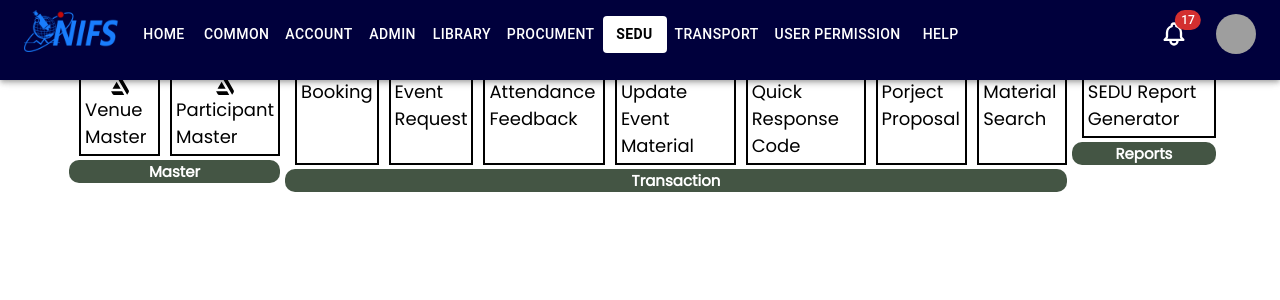
Repository: virangaj/NIFS-WebApp
Page: /sedu (app in client/)
The author's editor kept a copy of each file at every save. The page is drawn from the files as they stood at one save, then again after the next save.
The browser window is 1280 px wide. The pictures show the whole page.
Pictures or frames that could not be fetched are drawn as grey boxes. The project was rebuilt for these pictures with package versions that can differ from the ones it lists, and the page was loaded fresh each time. Also part of the build but not shown: client/src/pages/Login.tsx, client/src/pages/Home.tsx, client/src/components/Transport/shared/TransportNavbar.js, client/src/pages/TransportMainPage.tsx, client/src/pages/CommonMainPage.tsx, client/src/pages/AccountMainPage.tsx, client/src/pages/AdminMainPage.tsx, client/src/pages/LibraryMainPage.js and 4 more.

Above is the page before, as saved 2022-07-27 00:51:32.

### client/public/index.html
<!DOCTYPE html>
<html lang="en">
	<head>
		<meta charset="utf-8" />
		<link rel="icon" href="nifs_logo.png" />
		<meta name="viewport" content="width=device-width, initial-scale=1" />
		<meta name="theme-color" content="#000000" />
		<meta
			name="description"
			content="Web site created using create-react-app"
		/>
		<link rel="apple-touch-icon" href="%PUBLIC_URL%/logo192.png" />
		<!--
      manifest.json provides metadata used when your web app is installed on a
      user's mobile device or desktop. See https://developers.google.com/web/fundamentals/web-app-manifest/
    -->
		<link rel="manifest" href="%PUBLIC_URL%/manifest.json" />
		<!--
      Notice the use of %PUBLIC_URL% in the tags above.
      It will be replaced with the URL of the `public` folder during the build.
      Only files inside the `public` folder can be referenced from the HTML.

      Unlike "/favicon.ico" or "favicon.ico", "%PUBLIC_URL%/favicon.ico" will
      work correctly both with client-side routing and a non-root public URL.
      Learn how to configure a non-root public URL by running `npm run build`.
    -->
		<link
			href="https://fonts.googleapis.com/css?family=Poppins"
			rel="stylesheet"
		/>
		<title>NIFS Dashboard</title>
	</head>
	<body>
		<noscript>You need to enable JavaScript to run this app.</noscript>
		<div id="root"></div>
		<!--
      This HTML file is a template.
      If you open it directly in the browser, you will see an empty page.

      You can add webfonts, meta tags, or analytics to this file.
      The build step will place the bundled scripts into the <body> tag.

      To begin the development, run `npm start` or `yarn start`.
      To create a production bundle, use `npm run build` or `yarn build`.
    -->
	</body>
</html>

### client/src/index.css
* {
  margin: 0;
}

body {
  font-family: 'Poppins';
  -webkit-font-smoothing: antialiased;
  -moz-osx-font-smoothing: grayscale;
}

:root {
  --main-navbar-back: #00003c;
  --nav-title-section-back: #454;
  --white: #fff;
  --black: #000
}


.nav-logo {
  width: 100px;
  height: auto;
}

/* main navbar */
.main-navbar {
  background-color: var(--main-navbar-back) !important;
  width: 100% !important;
  height: 80px !important;

}



/* secondary navbar */
.secondary-navbar {
  margin-top: 10vh !important;
  margin: auto;
}

.nav-flex-section {
  display: flex;
  justify-content: center;
}

.nav-flex-inside {
  margin-left: 5px;
  margin-left: 5px;
}

.nav-title {
  font-size: 15px;
  text-align: center;
  color: var(--white);
  font-weight: 600;

}

.nav-title-section {
  border-radius: 10px;
  background-color: var(--nav-title-section-back);
}

.nav-link {
  display: flex;
  flex-direction: column;
  align-items: center;
  font-size: 18px;
  margin-left: 10px;
  margin-left: 10px;
  border: 2px solid #000;
  padding: 4px;
  margin-bottom: 4px;
}

/* body content */
.body-content {
  margin: auto;
  width: 90%;
  margin-top: 10vh;

}

.sub-body-content {
  margin: auto;
  width: 90%;
  margin-top: 3vh;
}

### client/src/App.tsx
import React, { useEffect } from 'react';
import Navbar from './components/shared/Navbar';
import Login from './pages/Login'
import { BrowserRouter as Router, Route, Routes } from 'react-router-dom'
import Home from './pages/Home';
import TransportMainPage from './pages/TransportMainPage';
import CommonMainPage from './pages/CommonMainPage';
import AccountMainPage from './pages/AccountMainPage';
import AdminMainPage from './pages/AdminMainPage';
import LibraryMainPage from './pages/LibraryMainPage';
import ProcumentMainPage from './pages/ProcumentMainPage';
import SeduMainPage from './pages/SeduMainPage';
import UserPermissionMainPage from './pages/UserPermissionMainPage';
import NotificationMainPage from './pages/NotificationMainPage';
import HelpMainPage from './pages/HelpMainPage';

function App() {


  return (
    <Router>
      <Navbar />
      <Routes>

        <Route path="/login" element={<Login />} />
        <Route path="/" element={<Home />} />
        <Route path="/common/*" element={<CommonMainPage />} />
        <Route path="/account/*" element={<AccountMainPage />} />
        <Route path="/admin/*" element={<AdminMainPage />} />
        <Route path="/library/*" element={<LibraryMainPage />} />
        <Route path="/procument/*" element={<ProcumentMainPage />} />
        <Route path="/sedu/*" element={<SeduMainPage />} />
        <Route path="/transport/*" element={<TransportMainPage />} />
        <Route
          path="/user-permission/*"
          element={<UserPermissionMainPage />}
        />
        <Route
          path="/notification/*"
          element={<NotificationMainPage />}
        />
        <Route path="/help/*" element={<HelpMainPage />} />
      </Routes>


    </Router>
  );
}

export default App;

### client/src/components/shared/Navbar.tsx
import * as React from 'react';
import AppBar from '@mui/material/AppBar';
import Box from '@mui/material/Box';
import Toolbar from '@mui/material/Toolbar';
import IconButton from '@mui/material/IconButton';
import Typography from '@mui/material/Typography';
import Menu from '@mui/material/Menu';
import Container from '@mui/material/Container';
import Avatar from '@mui/material/Avatar';
import Button from '@mui/material/Button';
import Tooltip from '@mui/material/Tooltip';
import MenuItem from '@mui/material/MenuItem';
import { HiMenuAlt2, HiOutlineBell } from "react-icons/hi";
import Badge from '@mui/material/Badge';
import Logo from '../../images/nifs_logo.png'
import { Link, useLocation } from 'react-router-dom';
const pages = [
    {
        id: 0,
        title: 'Home',
        link: '/',
    },
    {
        id: 1,
        title: 'Common',
        link: '/common',
    },
    {
        id: 2,
        title: 'Account',
        link: '/account',
    },
    {
        id: 3,
        title: 'Admin',
        link: '/admin',
    },
    {
        id: 4,
        title: 'Library',
        link: '/library',
    },
    {
        id: 5,
        title: 'Procument',
        link: '/procument',
    },
    {
        id: 6,
        title: 'SEDU',
        link: '/sedu',
    },
    {
        id: 7,
        title: 'Transport',
        link: '/transport',
    },
    {
        id: 8,
        title: 'User Permission',
        link: '/user-permission',
    },
    // {
    //     id: 9,
    //     title: 'Notification',
    //     link: '/notification',
    // },
    {
        id: 10,
        title: 'Help',
        link: '/help',
    },
];
const settings = [
    {
        id: 0,
        title: 'Login',
        link: '/login',
    },
];
const Navbar = () => {

    const location: any = useLocation();
    console.log(location.pathname.split('/')[1])


    const [anchorElNav, setAnchorElNav] = React.useState<null | HTMLElement>(null);
    const [anchorElUser, setAnchorElUser] = React.useState<null | HTMLElement>(null);

    const handleOpenNavMenu = (event: React.MouseEvent<HTMLElement>) => {
        setAnchorElNav(event.currentTarget);
    };
    const handleOpenUserMenu = (event: React.MouseEvent<HTMLElement>) => {
        setAnchorElUser(event.currentTarget);
    };

    const handleCloseNavMenu = () => {
        setAnchorElNav(null);
    };

    const handleCloseUserMenu = () => {
        setAnchorElUser(null);
    };

    return (
        <AppBar position="fixed" className="main-navbar">
            <Container maxWidth="xl">
                <Toolbar disableGutters>
                    {/*Responsive view start here  */}
                    <Box sx={{ display: { xs: 'none', md: 'flex' }, mr: 1 }}>
                        <Link to='/'>
                            <img src={Logo} alt="logo" className="nav-logo" />
                        </Link>
                    </Box>


                    <Box sx={{ flexGrow: 1, display: { xs: 'flex', md: 'none' } }}>
                        <IconButton
                            size="large"
                            aria-label="account of current user"
                            aria-controls="menu-appbar"
                            aria-haspopup="true"
                            onClick={handleOpenNavMenu}
                            color="inherit"
                        >
                            <HiMenuAlt2 />
                        </IconButton>
                        <Menu
                            id="menu-appbar"
                            anchorEl={anchorElNav}
                            anchorOrigin={{
                                vertical: 'bottom',
                                horizontal: 'left',
                            }}
                            keepMounted
                            transformOrigin={{
                                vertical: 'top',
                                horizontal: 'left',
                            }}
                            open={Boolean(anchorElNav)}
                            onClose={handleCloseNavMenu}
                            sx={{
                                display: { xs: 'block', md: 'none' },
                            }}
                        >
                            {pages && pages.map((page) => (
                                location.pathname.split('/')[1] === page.link.split('/')[1] ?
                                    <Link to={page.link} style={{ textDecoration: 'none' }} >
                                        <Button
                                            key={page.id}
                                            onClick={handleCloseNavMenu}
                                            sx={{ my: 2, color: 'white', display: 'block' }}
                                            style={{ backgroundColor: '#000', color: '#fff', fontWeight: 700 }}
                                        >
                                            {page.title}
                                        </Button>
                                    </Link>
                                    :
                                    <Link to={page.link} style={{ textDecoration: 'none' }} >
                                        <Button
                                            key={page.id}
                                            onClick={handleCloseNavMenu}
                                            sx={{ my: 2, color: 'white', display: 'block' }}
                                            style={{ backgroundColor: '#fff', color: '#000' }}
                                        >
                                            {page.title}
                                        </Button>
                                    </Link>
                            ))}
                        </Menu>
                    </Box>
                    {/* Responsive view ends here */}

                    {/* Full width starts here */}
                    <Box
                        sx={{
                            mr: 2,
                            display: { xs: 'flex', md: 'none' },
                            flexGrow: 1,
                        }}
                    >
                        <Link to='/'>
                            <img src={Logo} alt="logo" className="nav-logo" />
                        </Link>
                    </Box>

                    <Box sx={{ flexGrow: 1, display: { xs: 'none', md: 'flex' } }}>
                        {pages.map((page) => (
                            location.pathname.split('/')[1] === page.link.split('/')[1] ?
                                <Link to={page.link} style={{ textDecoration: 'none' }} >
                                    <Button
                                        key={page.id}
                                        onClick={handleCloseNavMenu}
                                        sx={{ my: 2, color: 'white', display: 'block' }}
                                        style={{ backgroundColor: '#fff', color: '#000', fontWeight: 700 }}


                                    >
                                        {page.title}
                                    </Button>
                                </Link>
                                :
                                <Link to={page.link} style={{ textDecoration: 'none' }} >
                                    <Button
                                        key={page.id}
                                        onClick={handleCloseNavMenu}
                                        sx={{ my: 2, color: 'white', display: 'block' }}

                                    >
                                        {page.title}
                                    </Button>
                                </Link>
                        ))}
                    </Box>
                    <IconButton
                        size="large"
                        aria-label="show 17 new notifications"
                        color="inherit"
                        sx={{ mr: 2 }}
                    >
                        <Badge badgeContent={17} color="error">
                            <HiOutlineBell />
                        </Badge>
                    </IconButton>
                    <Box sx={{ flexGrow: 0 }}>
                        <Tooltip title="Open settings">
                            <IconButton onClick={handleOpenUserMenu} sx={{ p: 0 }}>
                                <Avatar alt="Remy Sharp" src="/static/images/avatar/2.jpg" />
                            </IconButton>
                        </Tooltip>
                        <Menu
                            sx={{ mt: '45px' }}
                            id="menu-appbar"
                            anchorEl={anchorElUser}
                            anchorOrigin={{
                                vertical: 'top',
                                horizontal: 'right',
                            }}
                            keepMounted
                            transformOrigin={{
                                vertical: 'top',
                                horizontal: 'right',
                            }}
                            open={Boolean(anchorElUser)}
                            onClose={handleCloseUserMenu}
                        >
                            {settings && settings.map((setting) => (
                                <MenuItem key={setting.id} onClick={handleCloseUserMenu}>
                                    <Typography textAlign="center">{setting.title}</Typography>
                                </MenuItem>
                            ))}
                        </Menu>
                    </Box>
                </Toolbar>
            </Container>
        </AppBar>
    );
};
export default Navbar;

### client/src/pages/SeduMainPage.tsx
import React from 'react';
import { Route, Routes } from 'react-router-dom';
import SeduSecondaryNavbar from '../components/sedu/SeduSecondaryNavbar';
import SecondaryNavbar from '../components/shared/SecondaryNavbar';


// sedu main page where all other section of sedu department can be access from here
function SeduMainPage() {

	return <div>
		<SeduSecondaryNavbar />
		<div className="sub-body-content">
			<Routes>
				{/* <Route path="/" element={<NewRequest />} />
					<Route path="/recommend" element={<RecommendedRequest />} />
					<Route path="/approve" element={<ApproveRequest />} /> */}
			</Routes>
		</div>
	</div>;
}

export default SeduMainPage;

### client/src/components/sedu/SeduSecondaryNavbar.tsx
import { Box } from '@mui/material'
import React from 'react'

import { FaArtstation, FaApple, FaAppStoreIos } from "react-icons/fa";
function SeduSecondaryNavbar() {

    return (
        <Box sx={{ width: '90%' }} className="secondary-navbar nav-flex-section">

            {/* master section */}
            <div className='nav-flex-inside'>
                <div className='nav-flex-section'>
                    <p className='nav-link'><FaArtstation /> Venue Master</p>
                    <p className='nav-link'><FaArtstation /> Participant Master</p>
                </div>
                <div className='nav-title-section'>
                    <p className='nav-title'>Master</p>
                </div>
            </div>

            {/* transaction section */}
            <div className='nav-flex-inside'>
                <div className='nav-flex-section'>
                    <p className='nav-link'>Booking</p>
                    <p className='nav-link'>Event Request</p>
                    <p className='nav-link'>Attendance Feedback</p>
                    <p className='nav-link'>Update Event Material</p>
                    <p className='nav-link'>Quick Response Code</p>
                    <p className='nav-link'>Porject Proposal</p>
                    <p className='nav-link'>Material Search</p>
                </div>
                <div className='nav-title-section'>
                    <p className='nav-title'>Transaction</p>
                </div>
            </div>
            {/* reposrts section */}
            <div className='nav-flex-inside'>
                <div className='nav-flex-section'>
                    <p className='nav-link'>SEDU Report Generator</p>
                </div>
                <div className='nav-title-section'>
                    <p className='nav-title'>Reports</p>
                </div>
            </div>
        </Box>
    )
}

export default SeduSecondaryNavbar

Loaded but not shown: client/src/index.tsx (common file); client/src/reportWebVitals.ts (common file)

After the next save:
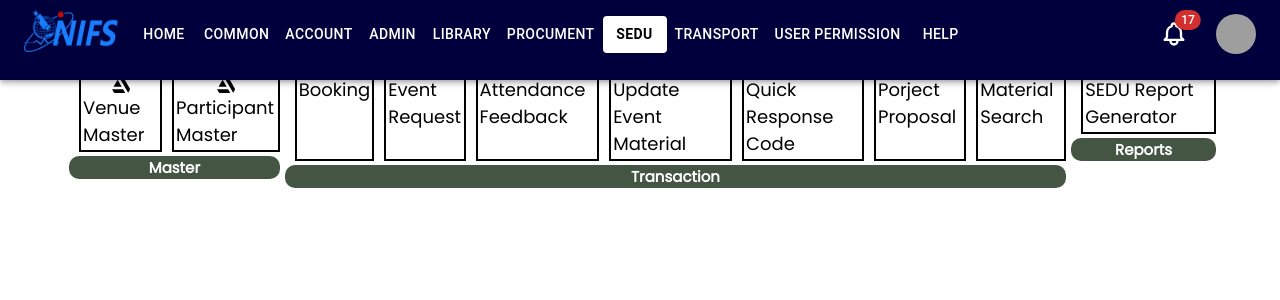
Saved 16 s later.
--- a/client/src/index.css
+++ b/client/src/index.css
@@ -68,7 +68,7 @@ body {
   margin-left: 10px;
   margin-left: 10px;
   border: 2px solid #000;
-  padding: 4px;
+  padding: 2px;
   margin-bottom: 4px;
 }
 
